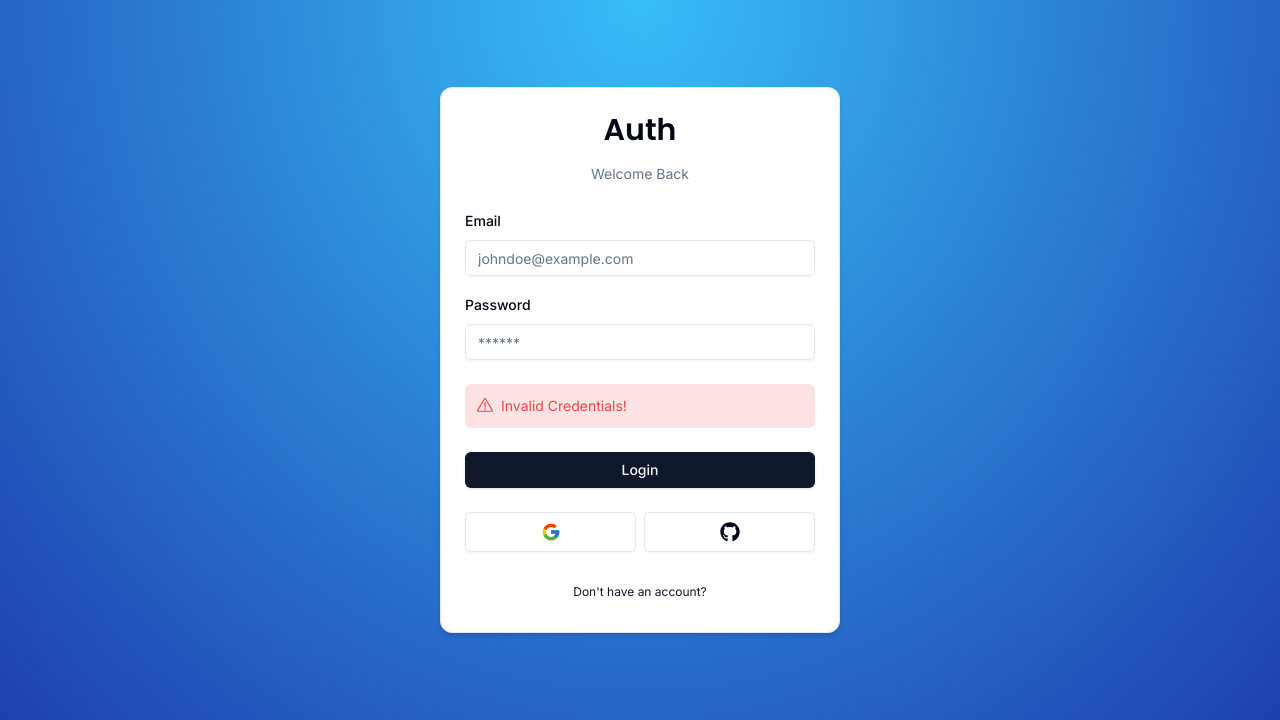
Repository: DevLaukey/next-auth-role-based
Page: /auth/login
An editor plug-in stored every save of this project. The page is shown before and after the next save, followed by the edit.
The browser window is 1280 px wide. The pictures show the whole page.
The project was rebuilt for these pictures with package versions that can differ from the ones it lists, and the page was loaded fresh each time. The framework's server and built-in components were replaced by stand-ins that run in the browser. Also part of the build but not shown: next.config.js.

Above is the page before, as saved 2024-01-16 02:57:35.

### app/auth/layout.tsx
import React from "react";

function AuthLayout({ children }: { children: React.ReactNode }) {
  return (
    <div className="h-full flex items-center justify-center  bg-[radial-gradient(ellipse_at_top,_var(--tw-gradient-stops))] from-sky-400 to-blue-800">
      {children}
    </div>
  );
}

export default AuthLayout;

### app/auth/login/page.tsx
import { LoginForm } from "@/components/auth/login-form"

function LoginPage() {
  return (
   <LoginForm/>
  )
}

export default LoginPage

### components/auth/login-form.tsx
"use client";
import * as z from "zod";

import { CardWrapper } from "./card-wrapper";
import { useForm } from "react-hook-form";
import { zodResolver } from "@hookform/resolvers/zod";
import { LoginSchema } from "@/schemas";
import {
  Form,
  FormControl,
  FormField,
  FormItem,
  FormLabel,
  FormMessage,
} from "@/components/ui/form";
import { Input } from "../ui/input";
import { Button } from "../ui/button";
import { FormError } from "../form-error";

export const LoginForm = () => {
  const form = useForm<z.infer<typeof LoginSchema>>({
    resolver: zodResolver(LoginSchema),
    defaultValues: {
      email: "",
      password: "",
    },
  });

  const onSubmit = (values: z.infer<typeof LoginSchema>) => {


  }

  return (
    <CardWrapper
      headerLabel="Welcome Back"
      backButtonLabel="Don't have an account?"
      backButtonHref="/auth/register"
      showSocial
    >
      <Form {...form}>
        <form
          onSubmit={form.handleSubmit(onSubmit)}
          className="space-y-6"
        >
          <div className="space-y-4">
            <FormField
              control={form.control}
              name="email"
              render={({ field }) => (
                <FormItem>
                  <FormLabel>Email</FormLabel>
                  <FormControl />
                  <Input
                    {...field}
                    placeholder="johndoe@example.com"
                    type="email"
                  />
                  <FormMessage {...field} />
                </FormItem>
              )}
            />
            <FormField
              control={form.control}
              name="password"
              render={({ field }) => (
                <FormItem>
                  <FormLabel>Password</FormLabel>
                  <FormControl />
                  <Input {...field} placeholder="******" type="password" />
                  <FormMessage {...field} />
                </FormItem>
              )}
            />
          </div>
          <FormError message="Invalid Credentials!" />
          <Button type="submit" className="w-full">
            Login
          </Button>
        </form>
      </Form>
    </CardWrapper>
  );
};

### components/auth/card-wrapper.tsx
"use client";

import { Card, CardContent, CardFooter, CardHeader } from "../ui/card";
import { BackButton } from "./back-button";
import { Header } from "./header";
import { Socials } from "./socials";

interface CardWrapperProps {
  children: React.ReactNode;
  headerLabel: string;
  backButtonLabel: string;
  backButtonHref: string;
  showSocial: boolean;
}

export const CardWrapper = ({
  children,
  headerLabel,
  backButtonLabel,
  backButtonHref,
  showSocial,
}: CardWrapperProps) => {
  return (
    <Card className="w-[400px] shadow-md">
      <CardHeader>
        <Header label={headerLabel} />
      </CardHeader>
          <CardContent>{children}</CardContent>
          {
              showSocial && (<CardFooter>
                  <Socials />
              </CardFooter>)
          }
          <CardFooter>
              <BackButton label={backButtonLabel}
                  href={ backButtonHref} />

          </CardFooter>
    </Card>
  );
};

### schemas/index.ts
import * as z from "zod"

export const LoginSchema = z.object({
    email: z.string().email({
        message: "Email is required"
    }),
    password: z.string().min(1, {
        message: "Password is required"
    }),
});

### components/ui/form.tsx
import * as React from "react"
import * as LabelPrimitive from "@radix-ui/react-label"
import { Slot } from "@radix-ui/react-slot"
import {
  Controller,
  ControllerProps,
  FieldPath,
  FieldValues,
  FormProvider,
  useFormContext,
} from "react-hook-form"

import { cn } from "@/lib/utils"
import { Label } from "@/components/ui/label"

const Form = FormProvider

type FormFieldContextValue<
  TFieldValues extends FieldValues = FieldValues,
  TName extends FieldPath<TFieldValues> = FieldPath<TFieldValues>
> = {
  name: TName
}

const FormFieldContext = React.createContext<FormFieldContextValue>(
  {} as FormFieldContextValue
)

const FormField = <
  TFieldValues extends FieldValues = FieldValues,
  TName extends FieldPath<TFieldValues> = FieldPath<TFieldValues>
>({
  ...props
}: ControllerProps<TFieldValues, TName>) => {
  return (
    <FormFieldContext.Provider value={{ name: props.name }}>
      <Controller {...props} />
    </FormFieldContext.Provider>
  )
}

const useFormField = () => {
  const fieldContext = React.useContext(FormFieldContext)
  const itemContext = React.useContext(FormItemContext)
  const { getFieldState, formState } = useFormContext()

  const fieldState = getFieldState(fieldContext.name, formState)

  if (!fieldContext) {
    throw new Error("useFormField should be used within <FormField>")
  }

  const { id } = itemContext

  return {
    id,
    name: fieldContext.name,
    formItemId: `${id}-form-item`,
    formDescriptionId: `${id}-form-item-description`,
    formMessageId: `${id}-form-item-message`,
    ...fieldState,
  }
}

type FormItemContextValue = {
  id: string
}

const FormItemContext = React.createContext<FormItemContextValue>(
  {} as FormItemContextValue
)

const FormItem = React.forwardRef<
  HTMLDivElement,
  React.HTMLAttributes<HTMLDivElement>
>(({ className, ...props }, ref) => {
  const id = React.useId()

  return (
    <FormItemContext.Provider value={{ id }}>
      <div ref={ref} className={cn("space-y-2", className)} {...props} />
    </FormItemContext.Provider>
  )
})
FormItem.displayName = "FormItem"

const FormLabel = React.forwardRef<
  React.ElementRef<typeof LabelPrimitive.Root>,
  React.ComponentPropsWithoutRef<typeof LabelPrimitive.Root>
>(({ className, ...props }, ref) => {
  const { error, formItemId } = useFormField()

  return (
    <Label
      ref={ref}
      className={cn(error && "text-destructive", className)}
      htmlFor={formItemId}
      {...props}
    />
  )
})
FormLabel.displayName = "FormLabel"

const FormControl = React.forwardRef<
  React.ElementRef<typeof Slot>,
  React.ComponentPropsWithoutRef<typeof Slot>
>(({ ...props }, ref) => {
  const { error, formItemId, formDescriptionId, formMessageId } = useFormField()

  return (
    <Slot
      ref={ref}
      id={formItemId}
      aria-describedby={
        !error
          ? `${formDescriptionId}`
          : `${formDescriptionId} ${formMessageId}`
      }
      aria-invalid={!!error}
      {...props}
    />
  )
})
FormControl.displayName = "FormControl"

const FormDescription = React.forwardRef<
  HTMLParagraphElement,
  React.HTMLAttributes<HTMLParagraphElement>
>(({ className, ...props }, ref) => {
  const { formDescriptionId } = useFormField()

  return (
    <p
      ref={ref}
      id={formDescriptionId}
      className={cn("text-[0.8rem] text-muted-foreground", className)}
      {...props}
    />
  )
})
FormDescription.displayName = "FormDescription"

const FormMessage = React.forwardRef<
  HTMLParagraphElement,
  React.HTMLAttributes<HTMLParagraphElement>
>(({ className, children, ...props }, ref) => {
  const { error, formMessageId } = useFormField()
  const body = error ? String(error?.message) : children

  if (!body) {
    return null
  }

  return (
    <p
      ref={ref}
      id={formMessageId}
      className={cn("text-[0.8rem] font-medium text-destructive", className)}
      {...props}
    >
      {body}
    </p>
  )
})
FormMessage.displayName = "FormMessage"

export {
  useFormField,
  Form,
  FormItem,
  FormLabel,
  FormControl,
  FormDescription,
  FormMessage,
  FormField,
}

### components/ui/input.tsx
import * as React from "react"

import { cn } from "@/lib/utils"

export interface InputProps
  extends React.InputHTMLAttributes<HTMLInputElement> {}

const Input = React.forwardRef<HTMLInputElement, InputProps>(
  ({ className, type, ...props }, ref) => {
    return (
      <input
        type={type}
        className={cn(
          "flex h-9 w-full rounded-md border border-input bg-transparent px-3 py-1 text-sm shadow-sm transition-colors file:border-0 file:bg-transparent file:text-sm file:font-medium placeholder:text-muted-foreground focus-visible:outline-none focus-visible:ring-1 focus-visible:ring-ring disabled:cursor-not-allowed disabled:opacity-50",
          className
        )}
        ref={ref}
        {...props}
      />
    )
  }
)
Input.displayName = "Input"

export { Input }

### components/ui/button.tsx
import * as React from "react"
import { Slot } from "@radix-ui/react-slot"
import { cva, type VariantProps } from "class-variance-authority"

import { cn } from "@/lib/utils"

const buttonVariants = cva(
  "inline-flex items-center justify-center whitespace-nowrap rounded-md text-sm font-medium transition-colors focus-visible:outline-none focus-visible:ring-1 focus-visible:ring-ring disabled:pointer-events-none disabled:opacity-50",
  {
    variants: {
      variant: {
        default:
          "bg-primary text-primary-foreground shadow hover:bg-primary/90",
        destructive:
          "bg-destructive text-destructive-foreground shadow-sm hover:bg-destructive/90",
        outline:
          "border border-input bg-background shadow-sm hover:bg-accent hover:text-accent-foreground",
        secondary:
          "bg-secondary text-secondary-foreground shadow-sm hover:bg-secondary/80",
        ghost: "hover:bg-accent hover:text-accent-foreground",
        link: "text-primary underline-offset-4 hover:underline",
      },
      size: {
        default: "h-9 px-4 py-2",
        sm: "h-8 rounded-md px-3 text-xs",
        lg: "h-10 rounded-md px-8",
        icon: "h-9 w-9",
      },
    },
    defaultVariants: {
      variant: "default",
      size: "default",
    },
  }
)

export interface ButtonProps
  extends React.ButtonHTMLAttributes<HTMLButtonElement>,
    VariantProps<typeof buttonVariants> {
  asChild?: boolean
}

const Button = React.forwardRef<HTMLButtonElement, ButtonProps>(
  ({ className, variant, size, asChild = false, ...props }, ref) => {
    const Comp = asChild ? Slot : "button"
    return (
      <Comp
        className={cn(buttonVariants({ variant, size, className }))}
        ref={ref}
        {...props}
      />
    )
  }
)
Button.displayName = "Button"

export { Button, buttonVariants }

### components/form-error.tsx
import {
    ExclamationTriangleIcon
} from "@radix-ui/react-icons";

interface FormErrorProps{
    message?: string;
}

export const FormError = ({ message }: FormErrorProps) => {
    if(!message) return null;

    return (
        <div className="bg-destructive/15 p-3 rounded-md flex items-center gap-x-2 text-sm text-destructive">
            <ExclamationTriangleIcon className="h-4 w-4" />
            <p>{message}</p>
        </div>
    );
};

### components/ui/card.tsx
import * as React from "react"

import { cn } from "@/lib/utils"

const Card = React.forwardRef<
  HTMLDivElement,
  React.HTMLAttributes<HTMLDivElement>
>(({ className, ...props }, ref) => (
  <div
    ref={ref}
    className={cn(
      "rounded-xl border bg-card text-card-foreground shadow",
      className
    )}
    {...props}
  />
))
Card.displayName = "Card"

const CardHeader = React.forwardRef<
  HTMLDivElement,
  React.HTMLAttributes<HTMLDivElement>
>(({ className, ...props }, ref) => (
  <div
    ref={ref}
    className={cn("flex flex-col space-y-1.5 p-6", className)}
    {...props}
  />
))
CardHeader.displayName = "CardHeader"

const CardTitle = React.forwardRef<
  HTMLParagraphElement,
  React.HTMLAttributes<HTMLHeadingElement>
>(({ className, ...props }, ref) => (
  <h3
    ref={ref}
    className={cn("font-semibold leading-none tracking-tight", className)}
    {...props}
  />
))
CardTitle.displayName = "CardTitle"

const CardDescription = React.forwardRef<
  HTMLParagraphElement,
  React.HTMLAttributes<HTMLParagraphElement>
>(({ className, ...props }, ref) => (
  <p
    ref={ref}
    className={cn("text-sm text-muted-foreground", className)}
    {...props}
  />
))
CardDescription.displayName = "CardDescription"

const CardContent = React.forwardRef<
  HTMLDivElement,
  React.HTMLAttributes<HTMLDivElement>
>(({ className, ...props }, ref) => (
  <div ref={ref} className={cn("p-6 pt-0", className)} {...props} />
))
CardContent.displayName = "CardContent"

const CardFooter = React.forwardRef<
  HTMLDivElement,
  React.HTMLAttributes<HTMLDivElement>
>(({ className, ...props }, ref) => (
  <div
    ref={ref}
    className={cn("flex items-center p-6 pt-0", className)}
    {...props}
  />
))
CardFooter.displayName = "CardFooter"

export { Card, CardHeader, CardFooter, CardTitle, CardDescription, CardContent }

### components/auth/back-button.tsx
"use client";

import Link from "next/link";
import { Button } from "../ui/button";

interface BackButtonProps {
  label: string;
  href: string;
}
export const BackButton = ({ href, label }: BackButtonProps) => {
  return (
    <Button className="w-full font-normal" variant="link" size="sm" asChild>
      <Link href={href}>{label}</Link>
    </Button>
  );
};

### components/auth/header.tsx
import { Poppins } from "next/font/google";
import { cn } from "@/lib/utils";

const font = Poppins({
  subsets: ["latin"],
  weight: ["600"],
});

interface HeaderProps {
  label: string;
}

export const Header = ({ label }: HeaderProps) => {
  return (
    <div className="w-full flex flex-col gap-y-4 items-center justify-center">
      <h1 className={cn("text-3xl font-semibold", font.className)}>Auth</h1>
      <p className="text-muted-foreground text-sm">{label}</p>
    </div>
  );
};

### components/auth/socials.tsx
"use client";

import { FcGoogle } from "react-icons/fc";
import {FaGithub } from "react-icons/fa";
import { Button } from "../ui/button";

export const Socials = () => {
  return (
    <div className="flex items-center w-full gap-x-2">
      <Button className="w-full" variant="outline" size="lg">
        <FcGoogle className=" h-5 w-5" />
      </Button>
      <Button className="w-full" variant="outline" size="lg">
        <FaGithub className=" h-5 w-5" />
      </Button>
    </div>
  );
};

### components/ui/label.tsx
"use client"

import * as React from "react"
import * as LabelPrimitive from "@radix-ui/react-label"
import { cva, type VariantProps } from "class-variance-authority"

import { cn } from "@/lib/utils"

const labelVariants = cva(
  "text-sm font-medium leading-none peer-disabled:cursor-not-allowed peer-disabled:opacity-70"
)

const Label = React.forwardRef<
  React.ElementRef<typeof LabelPrimitive.Root>,
  React.ComponentPropsWithoutRef<typeof LabelPrimitive.Root> &
    VariantProps<typeof labelVariants>
>(({ className, ...props }, ref) => (
  <LabelPrimitive.Root
    ref={ref}
    className={cn(labelVariants(), className)}
    {...props}
  />
))
Label.displayName = LabelPrimitive.Root.displayName

export { Label }

### components/form-error copy.tsx
import {
    CheckCircledIcon,
} from "@radix-ui/react-icons";

interface FormSuccessProps{
    message?: string;
}

export const FormSucess = ({ message }: FormSuccessProps) => {
    if(!message) return null;

    return (
        <div className="bg-emerald-500/15 p-3 rounded-md flex items-center gap-x-2 text-sm text-emerald-500">
            <CheckCircledIcon className="h-4 w-4" />
            <p>{message}</p>
        </div>
    );
};

Loaded but not shown: app/layout.tsx (common file); app/globals.css (common file); lib/utils.ts (common file); tailwind.config.ts (common file)

After the next save:
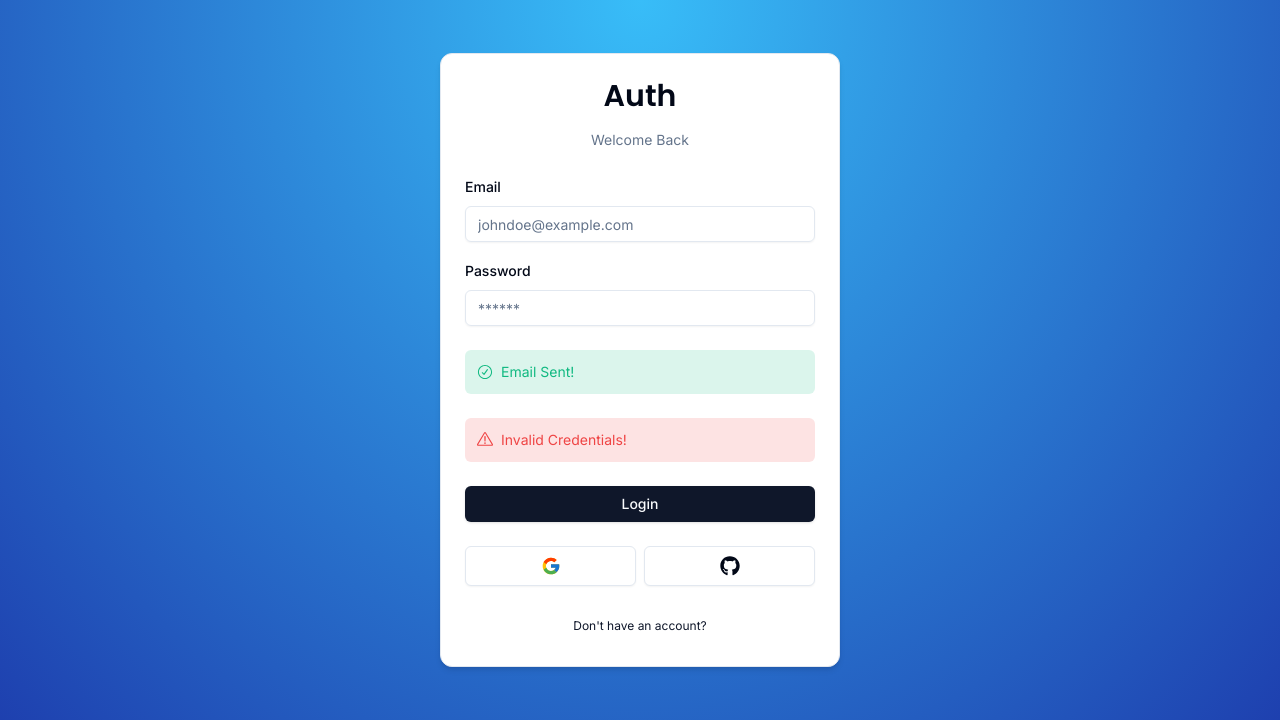
Saved 40 s later.
--- a/components/auth/login-form.tsx
+++ b/components/auth/login-form.tsx
@@ -16,6 +16,7 @@ import {
 import { Input } from "../ui/input";
 import { Button } from "../ui/button";
 import { FormError } from "../form-error";
+import { FormSucess } from "../form-error copy";
 
 export const LoginForm = () => {
   const form = useForm<z.infer<typeof LoginSchema>>({
@@ -39,10 +40,7 @@ export const LoginForm = () => {
       showSocial
     >
       <Form {...form}>
-        <form
-          onSubmit={form.handleSubmit(onSubmit)}
-          className="space-y-6"
-        >
+        <form onSubmit={form.handleSubmit(onSubmit)} className="space-y-6">
           <div className="space-y-4">
             <FormField
               control={form.control}
@@ -73,6 +71,7 @@ export const LoginForm = () => {
               )}
             />
           </div>
+          <FormSucess message="Email Sent!" />
           <FormError message="Invalid Credentials!" />
           <Button type="submit" className="w-full">
             Login
